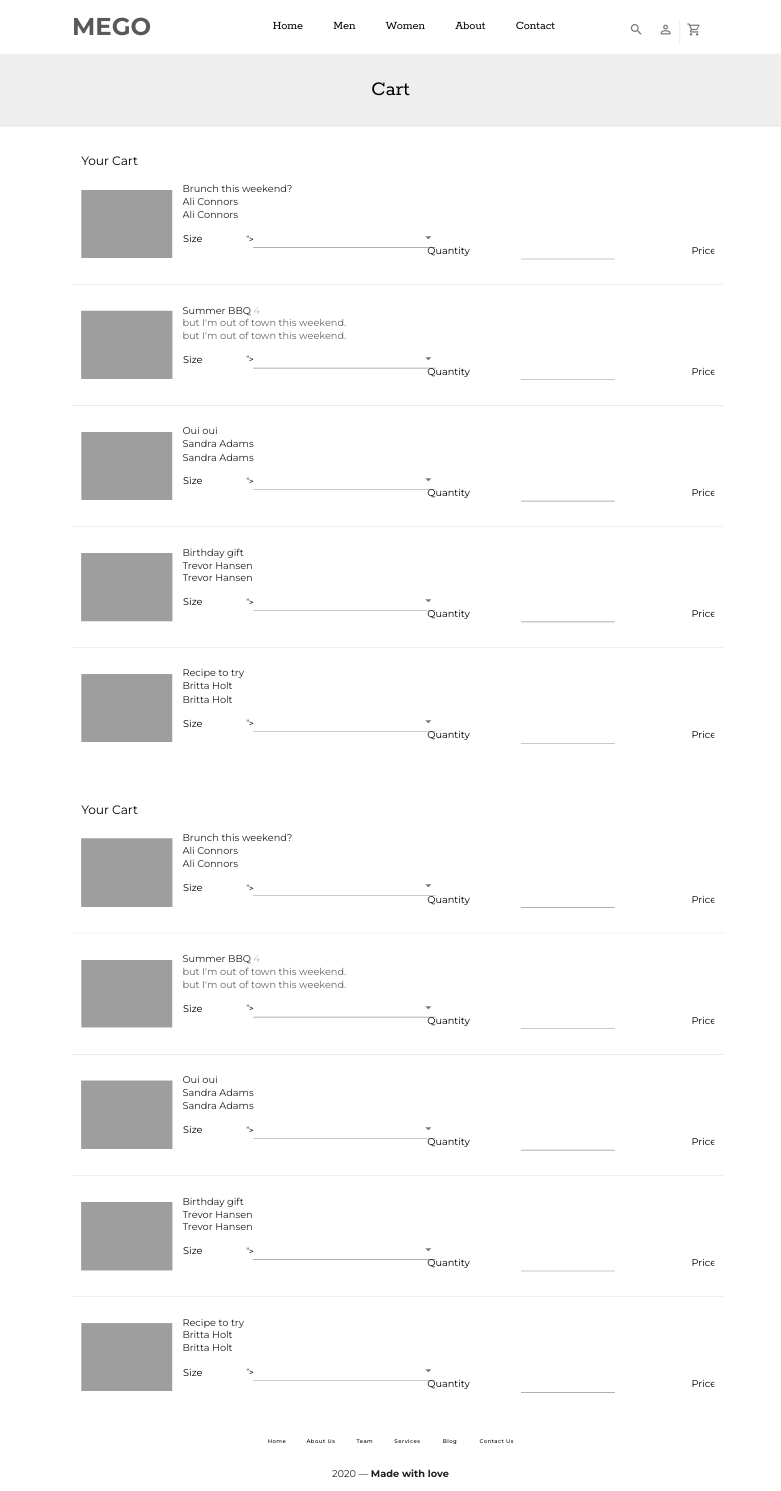
Repository: nguyenphuong152/mego-frontend
Page: /cart (app in frontend/)
The author's editor kept a copy of each file at every save. The page is drawn from the files as they stood at one save, then again after the next save.
The browser window is 1280 px wide. The pictures show the whole page, at 61% of full size.
Pictures or frames that could not be fetched are drawn as grey boxes. The project was rebuilt for these pictures with package versions that can differ from the ones it lists, and the page was loaded fresh each time. Also part of the build but not shown: frontend/vue.config.js, frontend/src/components/Customer/Collection.vue, frontend/src/components/Customer/Banner.vue, frontend/src/components/Customer/BestSeller.vue, frontend/src/components/Customer/Partner.vue, frontend/src/views/Customer/Home.vue, frontend/src/components/Customer/ProductCategory.vue, frontend/src/components/Customer/ProductView.vue and 10 more. Imported but missing from the stored project, and not drawn on this page: frontend/src/views/Admin/Category.vue, frontend/src/views/Admin/ManageProduct.vue, frontend/src/views/Admin/ManageUser.vue, frontend/src/views/Admin/OrderList.vue.

Above is the page before, as saved 2020-11-26 16:33:19.

After the next save:
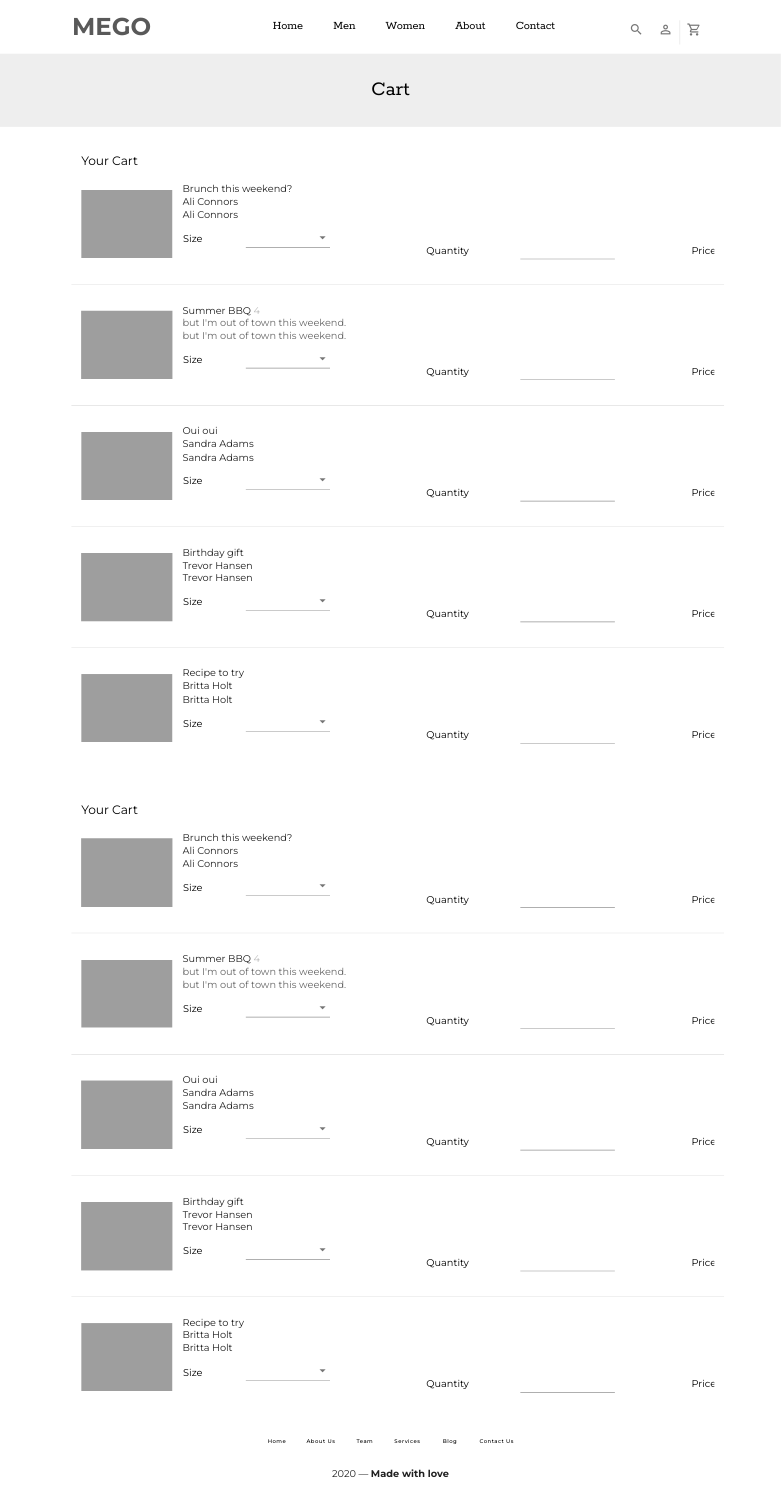
Saved 9 s later.
--- a/frontend/src/components/Customer/TotalProducts.vue
+++ b/frontend/src/components/Customer/TotalProducts.vue
@@ -30,7 +30,7 @@
               <v-col class="pa-0 admin" cols="3">
                 <a>Size</a>
               </v-col>
-              <v-col class="pa-0 admin text-start cols="4">
+              <v-col class="pa-0 admin text-start "cols="4">
                 <v-select :items="size"></v-select>
               </v-col>
             </v-row>
